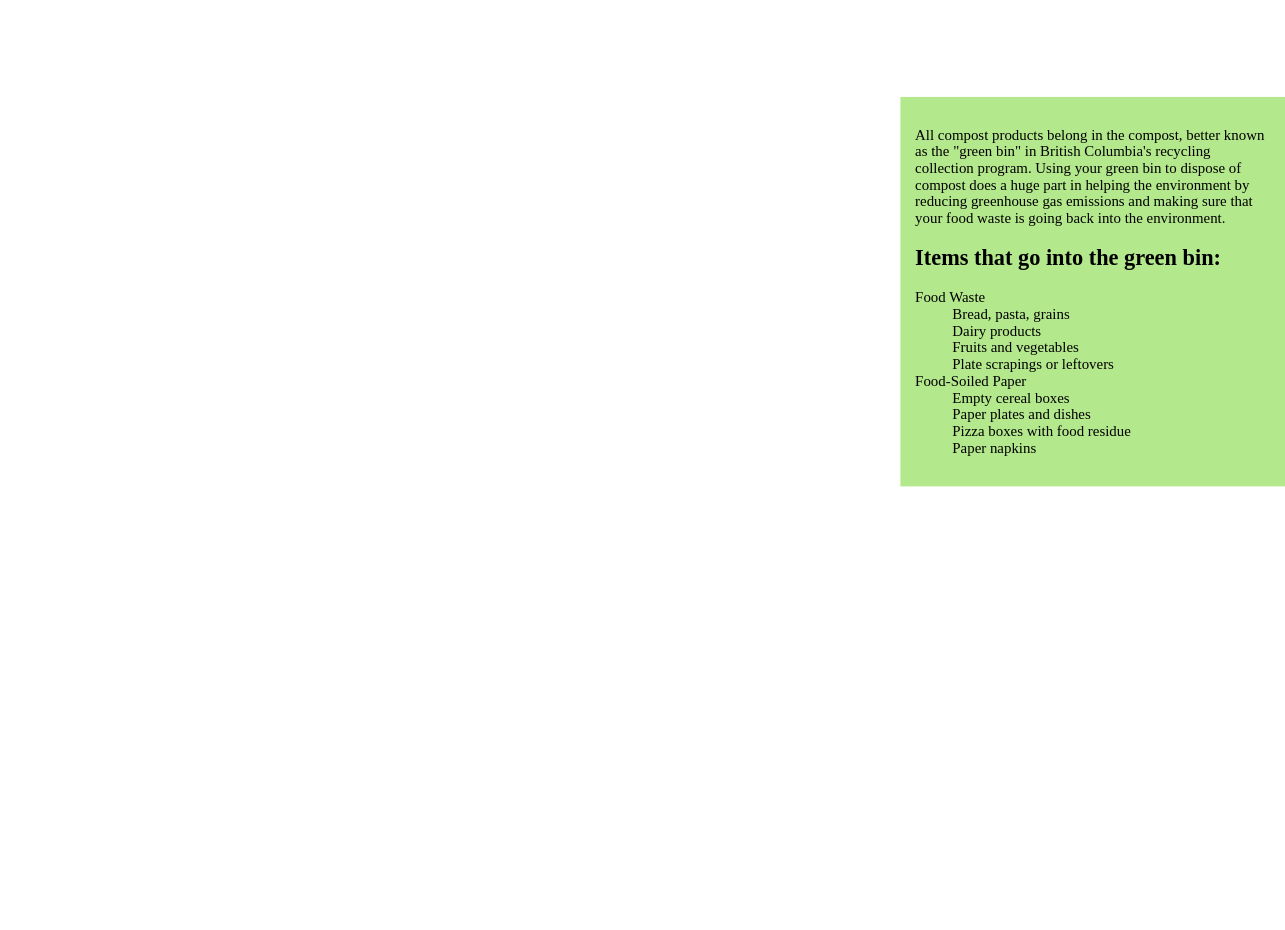
Repository: alemunden/Trash-Scavengers
Page: /InfoCompost
These files come from the project's save history. The page is drawn as it stood at one moment and after the next save; the edit follows.
The browser window is 1280 px wide. The page is 1382 px wide, so the pictures cover 1382 px, including what lies to the right of the window. The pictures show the whole page, at 93% of full size.
The project was rebuilt for these pictures with package versions that can differ from the ones it lists, and the page was loaded fresh each time. The framework's server and built-in components were replaced by stand-ins that run in the browser. Also part of the build but not shown: next.config.mjs.

Above is the page before, as saved 2024-05-07 14:48:46.

After the next save:
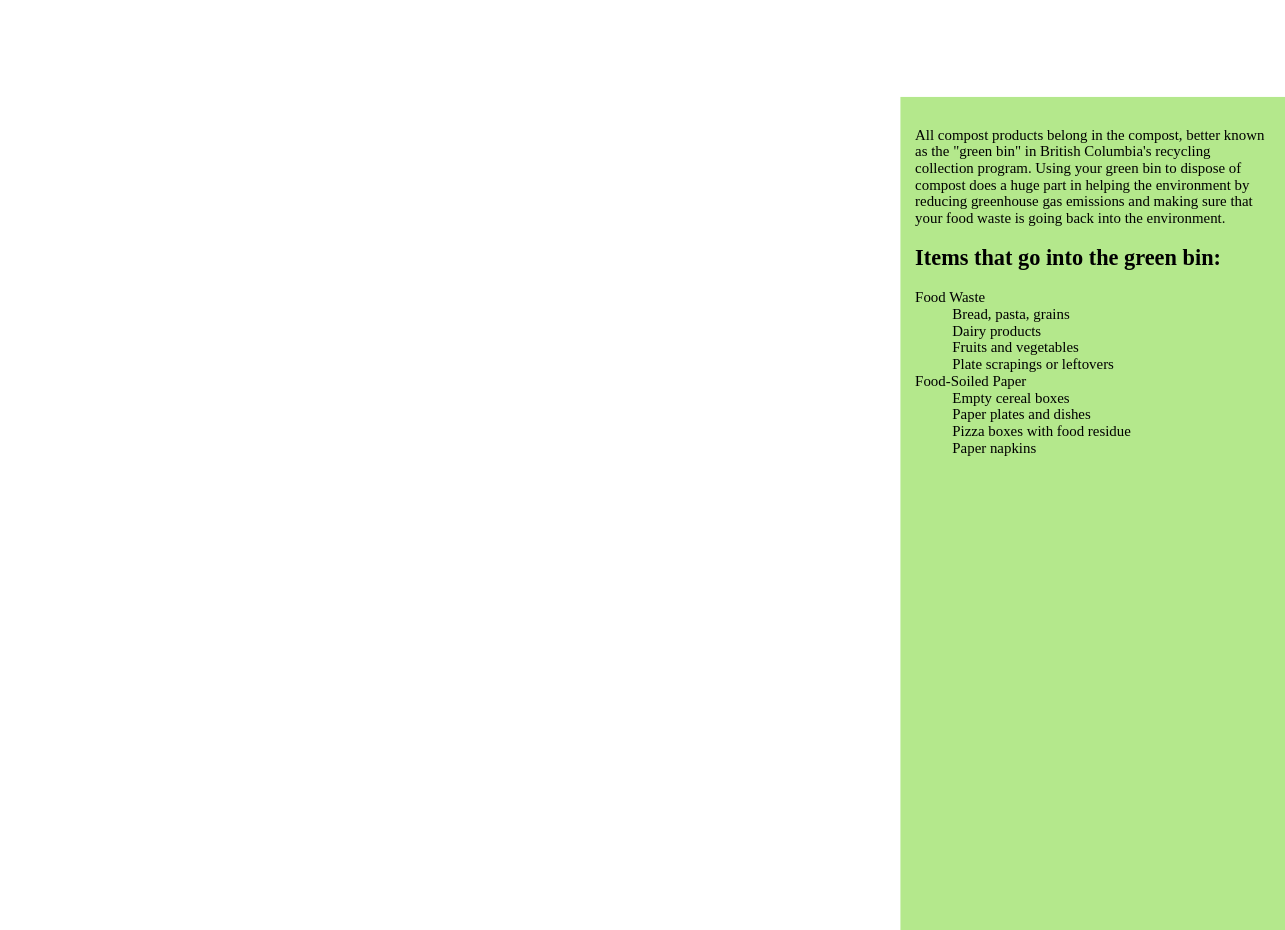
Saved 18 s later.
--- a/styles/InfoCompost.module.css
+++ b/styles/InfoCompost.module.css
@@ -1,5 +1,7 @@
 .main {
     background-color: var(--light-green);
+    width: 414px;
+    height: 896px;
 }
 
 .textContainer {
